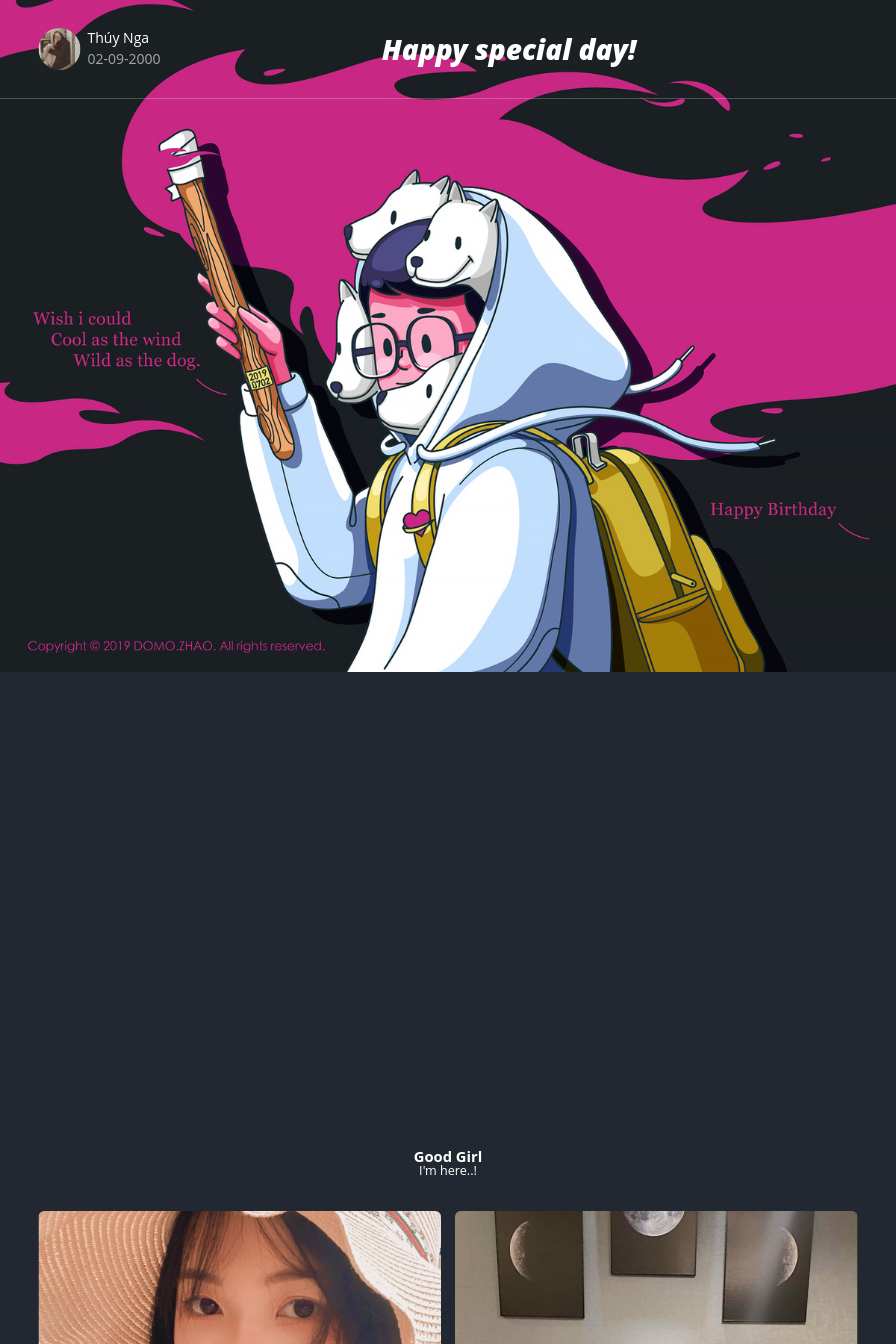
Repository: Datt21/p-happyB
Page: index.html
These files come from the project's save history. The page is drawn as it stood at one moment and after the next save; the edit follows.
The browser window is 1280 px wide. The pictures show the part of the page from y = 0 to 1920 px (the page is 2890 px tall before and 2889 px after), at 70% of full size.
Some icons come from a web library that is not loaded, so they are not drawn.

Above is the page before, as saved 2021-08-31 05:29:27.

After the next save:
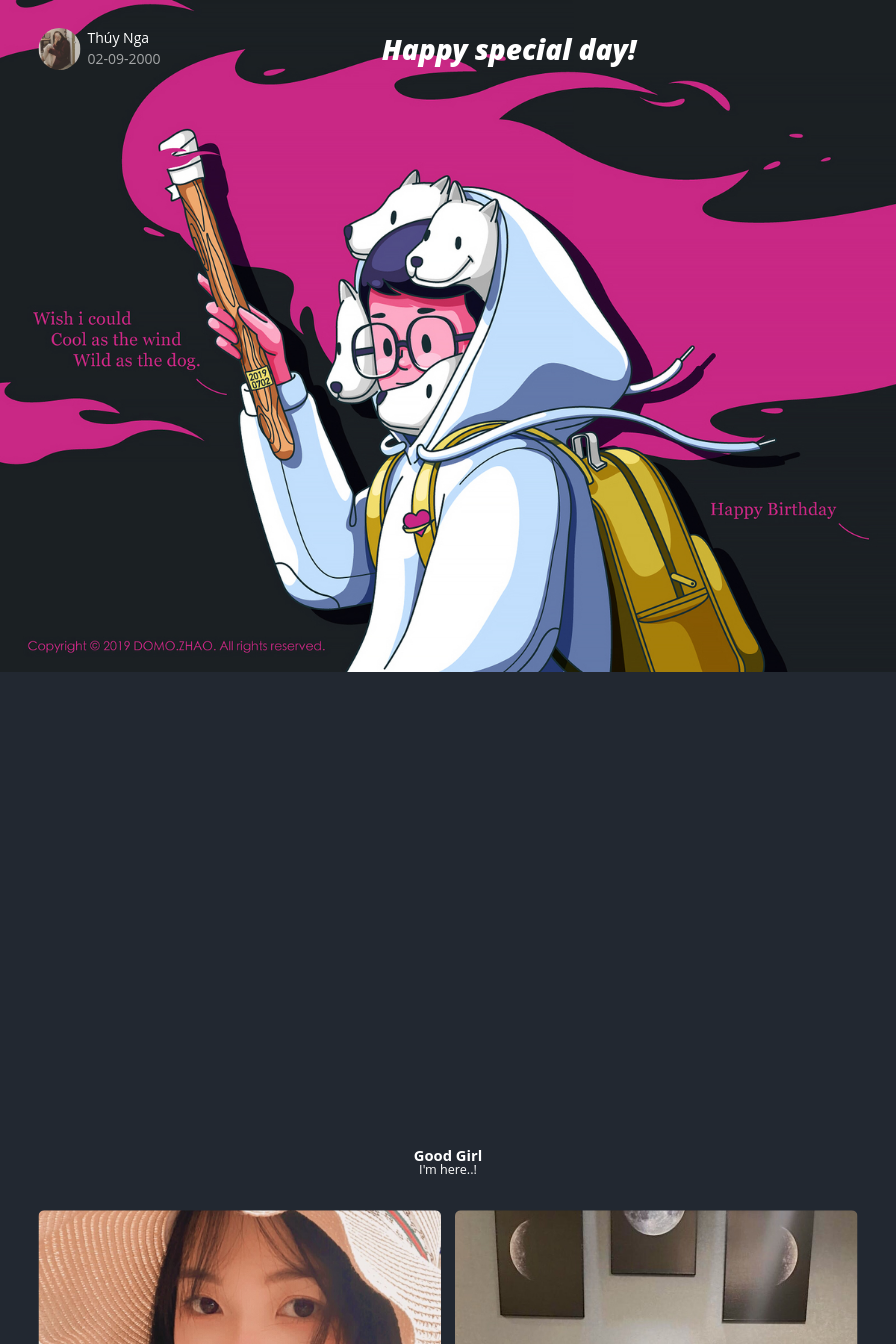
Saved 109 s later.
--- a/app.css
+++ b/app.css
@@ -54,9 +54,9 @@ main {
     padding: 0 15px;
 }
 
-.header {
+/* .header {
     border-bottom: 1px solid rgba(255, 255, 255, 0.3);
-}
+} */
 .header-main {
     display: flex;
     justify-content: space-between;
